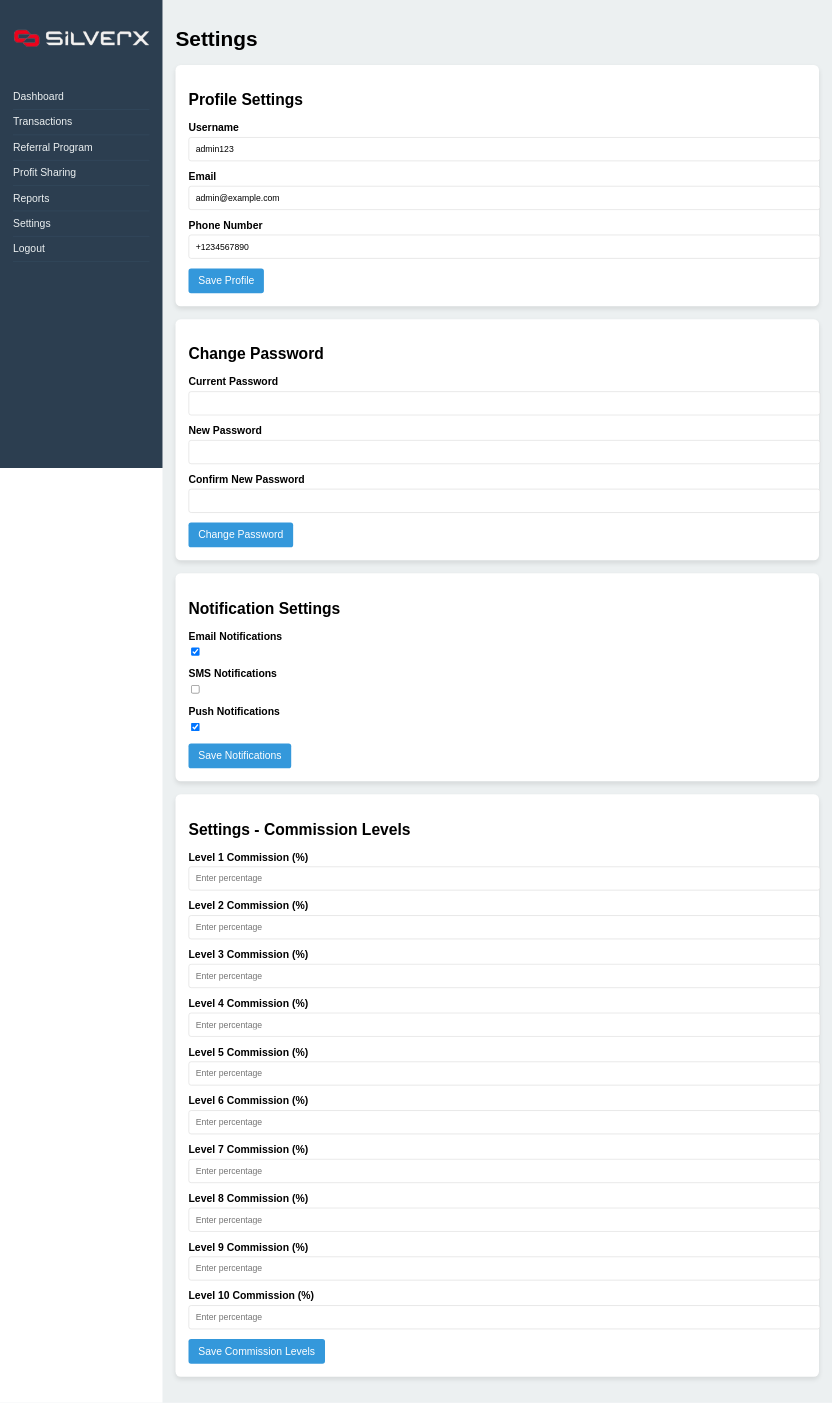
Repository: 2025silverx/slivedrX
Page: setting.html
These files come from the project's save history. The page is drawn as it stood at one moment and after the next save; the edit follows.
The browser window is 1280 px wide. The pictures show the whole page, at 65% of full size.

Above is the page before, as saved 2025-01-19 13:57:32.

### setting.html
<!DOCTYPE html>
<html lang="en">
<head>
    <meta charset="UTF-8">
    <meta name="viewport" content="width=device-width, initial-scale=1.0">
    <title>Admin Panel - Settings</title>
    <link rel="stylesheet" href="settings.css">
</head>
<body>
    <!-- Sidebar -->
    <div id="sidebar-container">
        <div class="sidebar">
            <img src="images/logo.png" alt="Sidebar Logo" class="sidebar-logo">
            <ul class="sidebar-links">
                <li><a href="index.html" class="sidebar-link" data-target="dashboard">Dashboard</a></li>
                <li><a href="index2.html" class="sidebar-link" data-target="transactions">Transactions</a></li>
                <li><a href="indesx3.html" class="sidebar-link" data-target="reports">Referral Program</a></li>
                <li><a href="index4.html" class="sidebar-link" data-target="users">Profit Sharing</a></li>
                <li><a href="index5.html" class="sidebar-link" data-target="reports">Reports</a></li>
                <li><a href="setting.html" class="sidebar-link" data-target="settings">Settings</a></li>
                <li><a href="index5.html" class="sidebar-link" data-target="logout">Logout</a></li>
            </ul>
        </div>
    </div>

    <!-- Main Content -->
    <div class="main-content">
        <h1>Settings</h1>

        <!-- Profile Settings Section -->
        <div class="settings-section">
            <h2>Profile Settings</h2>
            <form class="settings-form">
                <div class="form-group">
                    <label for="username">Username</label>
                    <input type="text" id="username" name="username" value="admin123" required>
                </div>
                <div class="form-group">
                    <label for="email">Email</label>
                    <input type="email" id="email" name="email" value="admin@example.com" required>
                </div>
                <div class="form-group">
                    <label for="phone">Phone Number</label>
                    <input type="text" id="phone" name="phone" value="+1234567890" required>
                </div>
                <button type="submit" class="btn">Save Profile</button>
            </form>
        </div>

        <!-- Change Password Section -->
        <div class="settings-section">
            <h2>Change Password</h2>
            <form class="settings-form">
                <div class="form-group">
                    <label for="current-password">Current Password</label>
                    <input type="password" id="current-password" name="current-password" required>
                </div>
                <div class="form-group">
                    <label for="new-password">New Password</label>
                    <input type="password" id="new-password" name="new-password" required>
                </div>
                <div class="form-group">
                    <label for="confirm-password">Confirm New Password</label>
                    <input type="password" id="confirm-password" name="confirm-password" required>
                </div>
                <button type="submit" class="btn">Change Password</button>
            </form>
        </div>

        <!-- Notification Settings Section -->
        <div class="settings-section">
            <h2>Notification Settings</h2>
            <form class="settings-form">
                <div class="form-group">
                    <label for="email-notifications">Email Notifications</label>
                    <input type="checkbox" id="email-notifications" name="email-notifications" checked>
                </div>
                <div class="form-group">
                    <label for="sms-notifications">SMS Notifications</label>
                    <input type="checkbox" id="sms-notifications" name="sms-notifications">
                </div>
                <div class="form-group">
                    <label for="push-notifications">Push Notifications</label>
                    <input type="checkbox" id="push-notifications" name="push-notifications" checked>
                </div>
                <button type="submit" class="btn">Save Notifications</button>
            </form>
        </div>

        <!-- Commission Structure Section -->
        <div class="settings-section">
            <h2>Settings - Commission Levels</h2>
            <form class="settings-form">
                <div class="form-group">
                    <label for="level-1">Level 1 Commission (%)</label>
                    <input type="number" id="level-1" name="level-1" placeholder="Enter percentage" required>
                </div>
                <div class="form-group">
                    <label for="level-2">Level 2 Commission (%)</label>
                    <input type="number" id="level-2" name="level-2" placeholder="Enter percentage" required>
                </div>
                <div class="form-group">
                    <label for="level-3">Level 3 Commission (%)</label>
                    <input type="number" id="level-3" name="level-3" placeholder="Enter percentage" required>
                </div>
                <div class="form-group">
                    <label for="level-4">Level 4 Commission (%)</label>
                    <input type="number" id="level-4" name="level-4" placeholder="Enter percentage" required>
                </div>
                <div class="form-group">
                    <label for="level-5">Level 5 Commission (%)</label>
                    <input type="number" id="level-5" name="level-5" placeholder="Enter percentage" required>
                </div>
                <div class="form-group">
                    <label for="level-6">Level 6 Commission (%)</label>
                    <input type="number" id="level-6" name="level-6" placeholder="Enter percentage" required>
                </div>
                <div class="form-group">
                    <label for="level-7">Level 7 Commission (%)</label>
                    <input type="number" id="level-7" name="level-7" placeholder="Enter percentage" required>
                </div>
                <div class="form-group">
                    <label for="level-8">Level 8 Commission (%)</label>
                    <input type="number" id="level-8" name="level-8" placeholder="Enter percentage" required>
                </div>
                <div class="form-group">
                    <label for="level-9">Level 9 Commission (%)</label>
                    <input type="number" id="level-9" name="level-9" placeholder="Enter percentage" required>
                </div>
                <div class="form-group">
                    <label for="level-10">Level 10 Commission (%)</label>
                    <input type="number" id="level-10" name="level-10" placeholder="Enter percentage" required>
                </div>
                <button type="submit" class="btn">Save Commission Levels</button>
            </form>
        </div>

    </div>

    <script src="settings.js"></script>
</body>
</html>

### settings.css
body {
    font-family: Arial, sans-serif;
    margin: 0;
    padding: 0;
    display: flex;
}

#sidebar-container {
    width: 250px;
    background-color: #2c3e50;
    color: #ecf0f1;
    height: 100vh;
    position: fixed;
}

.sidebar {
    padding: 20px;
}

.sidebar-logo {
    max-width: 100%;
    margin-bottom: 20px;
}

.sidebar-links {
    list-style: none;
    padding: 0;
}

.sidebar-link {
    color: #ecf0f1;
    text-decoration: none;
    display: block;
    padding: 10px 0;
    border-bottom: 1px solid #34495e;
}

.sidebar-link:hover {
    background-color: #34495e;
}

.main-content {
    margin-left: 250px;
    padding: 20px;
    flex: 1;
    background-color: #ecf0f1;
    min-height: 100vh;
}

.settings-section {
    background: #ffffff;
    padding: 20px;
    border-radius: 8px;
    box-shadow: 0 4px 8px rgba(0, 0, 0, 0.1);
    margin-bottom: 20px;
}

.settings-section h2 {
    margin-bottom: 20px;
}

.form-group {
    margin-bottom: 15px;
}

.form-group label {
    display: block;
    margin-bottom: 5px;
    font-weight: bold;
}

.form-group input {
    width: 100%;
    padding: 10px;
    border: 1px solid #ddd;
    border-radius: 4px;
}

.form-group input[type="checkbox"] {
    width: auto;
}

.form-group input:focus {
    border-color: #3498db;
    outline: none;
}

.btn {
    padding: 10px 15px;
    background: #3498db;
    color: white;
    border: none;
    border-radius: 4px;
    cursor: pointer;
    font-size: 16px;
}

.btn:hover {
    background: #2980b9;
}

### settings.js
// This script handles form submission and any additional interactivity (if needed).
document.querySelectorAll('.settings-form').forEach(form => {
    form.addEventListener('submit', function(event) {
        event.preventDefault();
        alert('Settings saved successfully!');
    });
});

After the next save:
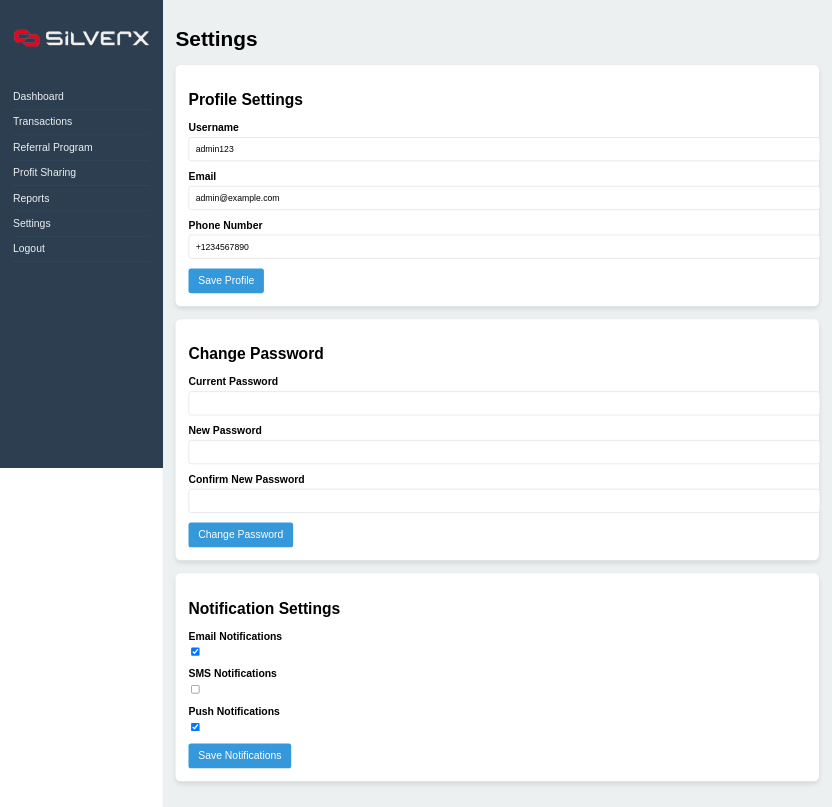
Saved 4 s later.
--- a/setting.html
+++ b/setting.html
@@ -22,6 +22,7 @@
             </ul>
         </div>
     </div>
+
 
     <!-- Main Content -->
     <div class="main-content">
@@ -86,55 +87,6 @@
                 <button type="submit" class="btn">Save Notifications</button>
             </form>
         </div>
-
-        <!-- Commission Structure Section -->
-        <div class="settings-section">
-            <h2>Settings - Commission Levels</h2>
-            <form class="settings-form">
-                <div class="form-group">
-                    <label for="level-1">Level 1 Commission (%)</label>
-                    <input type="number" id="level-1" name="level-1" placeholder="Enter percentage" required>
-                </div>
-                <div class="form-group">
-                    <label for="level-2">Level 2 Commission (%)</label>
-                    <input type="number" id="level-2" name="level-2" placeholder="Enter percentage" required>
-                </div>
-                <div class="form-group">
-                    <label for="level-3">Level 3 Commission (%)</label>
-                    <input type="number" id="level-3" name="level-3" placeholder="Enter percentage" required>
-                </div>
-                <div class="form-group">
-                    <label for="level-4">Level 4 Commission (%)</label>
-                    <input type="number" id="level-4" name="level-4" placeholder="Enter percentage" required>
-                </div>
-                <div class="form-group">
-                    <label for="level-5">Level 5 Commission (%)</label>
-                    <input type="number" id="level-5" name="level-5" placeholder="Enter percentage" required>
-                </div>
-                <div class="form-group">
-                    <label for="level-6">Level 6 Commission (%)</label>
-                    <input type="number" id="level-6" name="level-6" placeholder="Enter percentage" required>
-                </div>
-                <div class="form-group">
-                    <label for="level-7">Level 7 Commission (%)</label>
-                    <input type="number" id="level-7" name="level-7" placeholder="Enter percentage" required>
-                </div>
-                <div class="form-group">
-                    <label for="level-8">Level 8 Commission (%)</label>
-                    <input type="number" id="level-8" name="level-8" placeholder="Enter percentage" required>
-                </div>
-                <div class="form-group">
-                    <label for="level-9">Level 9 Commission (%)</label>
-                    <input type="number" id="level-9" name="level-9" placeholder="Enter percentage" required>
-                </div>
-                <div class="form-group">
-                    <label for="level-10">Level 10 Commission (%)</label>
-                    <input type="number" id="level-10" name="level-10" placeholder="Enter percentage" required>
-                </div>
-                <button type="submit" class="btn">Save Commission Levels</button>
-            </form>
-        </div>
-
     </div>
 
     <script src="settings.js"></script>
